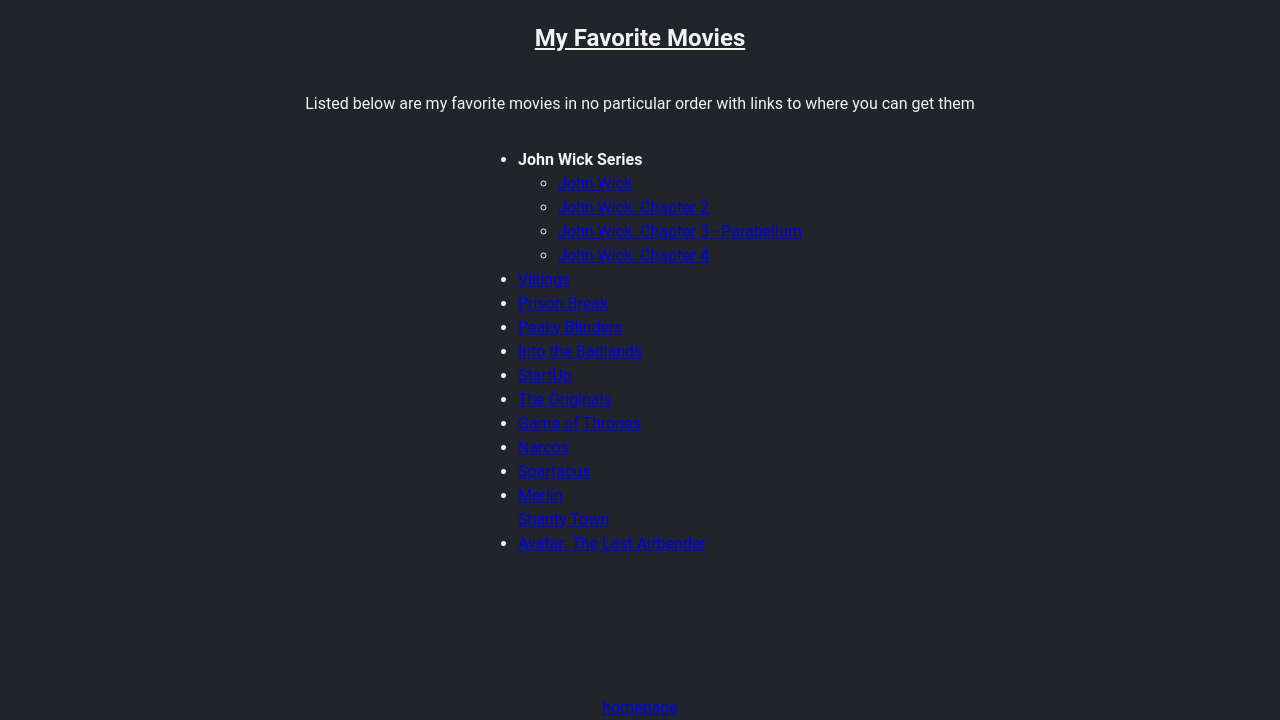
Repository: MikkyPrestige/html-website
Page: pages/movies.html
These files come from the project's save history. The page is drawn as it stood at one moment and after the next save; the edit follows.
The browser window is 1280 px wide. The pictures show the whole page.

Above is the page before, as saved 2023-04-29 13:49:00.

### pages/movies.html
<!DOCTYPE html>
<html lang="en">

<head>
  <meta charset="UTF-8">
  <meta http-equiv="X-UA-Compatible" content="IE=edge">
  <meta name="viewport" content="width=device-width, initial-scale=1.0">
  <title>Movies</title>
  <link rel="stylesheet" href="./index.css">
</head>

<body>
  <main class="main">
    <section class="section">
  <h1><u>My Favorite Movies</u></h1>
  <p>Listed below are my favorite movies in no particular order with links to where you can get them</p>
  <ul>
    <li><strong>John Wick Series</strong>
      <ul>
        <li>
          <a href="https://www.imdb.com/title/tt2911666/?ref_=fn_al_tt_2" target="_blank">John Wick</a>
        </li>
        <li>
          <a href="https://www.imdb.com/title/tt4425200/?ref_=fn_al_tt_3" target="_blank">John Wick: Chapter 2</a>
        </li>
        <li>
          <a href="https://www.imdb.com/title/tt6146586/?ref_=fn_al_tt_4" target="_blank">John Wick: Chapter 3 -
            Parabellum</a>
        </li>
        <li>
          <a href="https://www.imdb.com/title/tt10366206/?ref_=fn_al_tt_1" target="_blank">John Wick: Chapter 4</a>
        </li>
      </ul>
    </li>
    <li>
      <a href="https://www.imdb.com/title/tt4620502/?ref_=ttpl_ov" target="_blank">Vikings</a>
    </li>
    <li>
      <a href="https://www.imdb.com/title/tt0455275/?ref_=fn_al_tt_1" target="_blank">Prison Break</a>
    </li>
    <li>
      <a href="https://www.imdb.com/title/tt2442560/?ref_=tt_sims_tt_i_1" target="_blank">Peaky Blinders</a>
    </li>
    <li>
      <a href="https://www.imdb.com/title/tt3865236/?ref_=nv_sr_srsg_1_tt_7_nm_0_q_into%2520the%2520bad"
        target="_blank">Into the Badlands</a>
    </li>
    <li>
      <a href="https://www.imdb.com/title/tt5028002/?ref_=fn_al_tt_1" target="_blank">StartUp</a>
    </li>
    <li>
      <a href="https://www.imdb.com/title/tt2632424/?ref_=tt_mv_close" target="_blank">The Originals</a>
    </li>
    <li>
      <a href="https://www.imdb.com/title/tt0944947/?ref_=tt_sims_tt_i_4" target="_blank">Game of Thrones</a>
    </li>
    <li>
      <a href="https://www.imdb.com/title/tt2707408/" target="_blank">Narcos</a>
    </li>
    <li>
      <a href="https://www.imdb.com/title/tt1442449/?ref_=nv_sr_srsg_0_tt_7_nm_1_q_Spartacus"
        target="_blank">Spartacus</a>
    </li>
    <li>
      <a href="https://www.imdb.com/title/tt1199099/?ref_=nv_sr_srsg_0_tt_2_nm_6_q_Merlin" target="_blank">Merlin</a>
    </li>
    <a href="https://www.imdb.com/title/tt22099034/?ref_=nv_sr_srsg_0_tt_8_nm_0_q_shanty%2520town"
      target="_blank">Shanty Town</a>
    </li>
    <li>
      <a href="https://www.imdb.com/title/tt0417299/?ref_=nv_sr_srsg_0_tt_7_nm_1_q_Avatar%2520the%2520last"
        target="_blank">Avatar: The Last Airbender</a>
    </li>
  </ul>
  </section>
  <div>
    <a href="../index.html">homepage</a>
  </div>
  </main>
</body>

</html>

### index.css
body {
  background-color: #212529;
  font-family: 'Roboto', sans-serif;
  font-size: 16px;
  font-weight: 400;
  line-height: 1.5;
  color: #f3f3f3;
  text-align: left;
  margin: 0;
  padding: 0;
  width: 100%;
  height: 100vh;
}

.main {
  display: flex;
  flex-direction: column;
  justify-content: space-between;
  align-items: center;
  height: 100%;
}

.section {
  display: flex;
  flex-direction: column;
  justify-content: center;
  align-items: center;
  width: 100%;
}

.btn {
  background-color: #007bff;
  padding: 5px;
  border-radius: 5px;
  transition: all .15s ease-in-out;
  border: none;
  outline: none;
  margin: -20px 0 50px 0;
}

.btn:hover {
  background-color: #0069d9;
}

.btn-link {
  color: #f3f3f3;
  font-size: 14px;
  text-decoration: none;
  cursor: pointer;
}

.section1 {
  display: flex;
  flex-direction: column;
  justify-content: center;
  align-items: center;
}

.section1-header {
  font-size: 24px;
  font-weight: 700;
  margin-bottom: 5px;
  text-transform: uppercase;
}

.section1-content {
  display: flex;
  justify-content: space-around;
  align-items: center;
  width: 100%;
}

.section1-text {
  font-size: 18px;
  font-weight: 400;
}

.section1-link,
.section1-link:link,
.section1-link:visited {
  color: #0069d9;
  text-decoration: none;
  cursor: pointer;
}

.section1-link:hover {
  text-decoration: underline;
  color: #f3f3f3;
}

/* BOOKS CSS */
.books {
  display: flex;
  flex-direction: column;
  justify-content: center;
  align-items: center;
}

.books-heading {
  font-size: 24px;
  font-weight: 700;
  margin-bottom: 0px;
  text-transform: uppercase;
}

.books-subheading {
  font-size: 18px;
  font-weight: 400;
  margin-bottom: 30px;
  width: 65%;
  text-align: center;
}

.books-lists {
  display: flex;
  flex-direction: column;
  justify-content: center;
  align-items: center;
  gap: 20px;
  list-style: none;
}

.books-item {
  width: 100%;
  max-width: 500px;
  padding: 13px;
  border-radius: 5px;
  background-color: #343a40;
}

.books-item:hover {
  background-color: #212529;
}

.books-link,
.books-link:link,
.books-link:visited {
  color: #f3f3f3;
  text-decoration: none;
  cursor: pointer;
}

.books-link:hover {
  text-decoration: underline;
}

.back {
  margin: 20px 0 10px 0;
  padding: 5px 10px;
  border-radius: 5px;
  background-color: #343a40;
}

.back:hover {
  background-color: #212529;
}

.back-link {
  color: #3dd638;
  text-decoration: none;
  cursor: pointer;
}

.back-link:hover {
  text-decoration: underline;
}












.footer {
  display: flex;
  justify-content: center;
  align-items: center;
  width: 100%;
  height: 50px;
  background-color: #343a40;
}

.footer-text {
  font-size: 14px;
  font-weight: 400;
  color: #f3f3f3;
}

.footer-link {
  color: #0069d9;
  text-decoration: none;
  cursor: pointer;
}

After the next save:
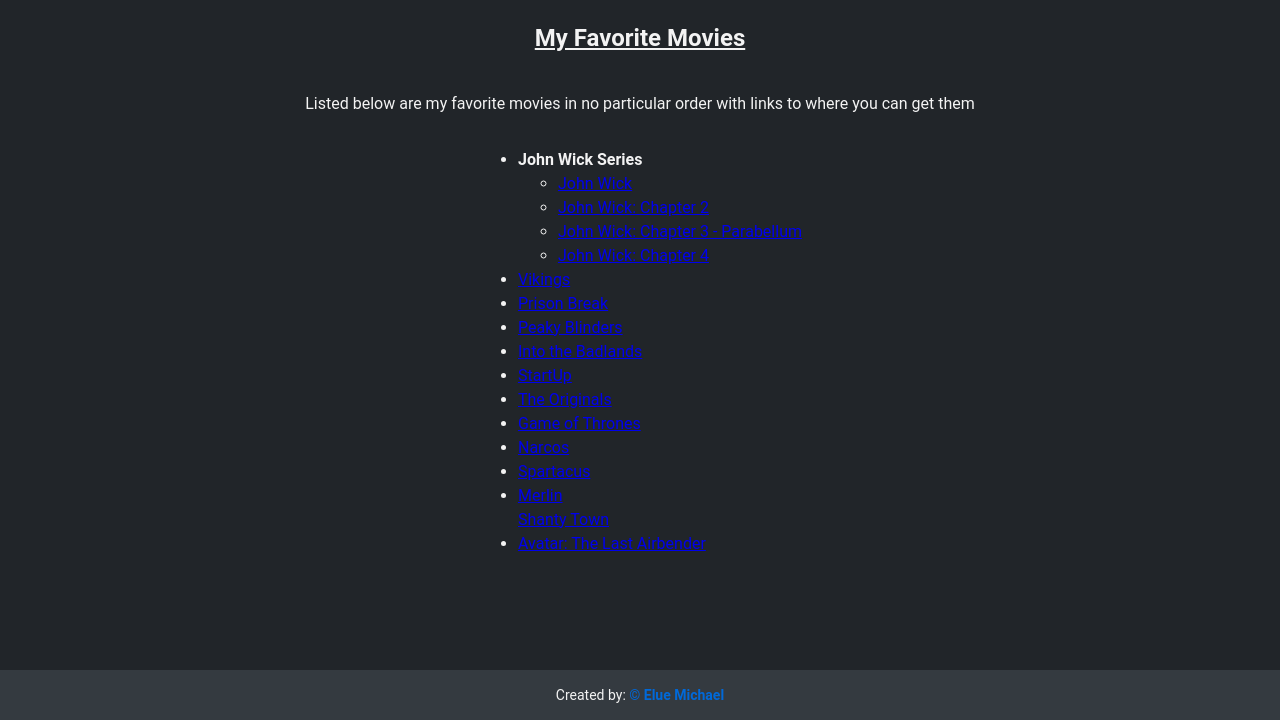
Saved 18 s later.
--- a/pages/movies.html
+++ b/pages/movies.html
@@ -73,9 +73,12 @@
     </li>
   </ul>
   </section>
-  <div>
-    <a href="../index.html">homepage</a>
-  </div>
+  <footer class="footer">
+    <p class="footer-text">Created by: <a href="#" target="_blank" class="footer-link">
+        &copy; <strong>Elue Michael</strong>
+      </a>
+    </p>
+  </footer>
   </main>
 </body>
 
